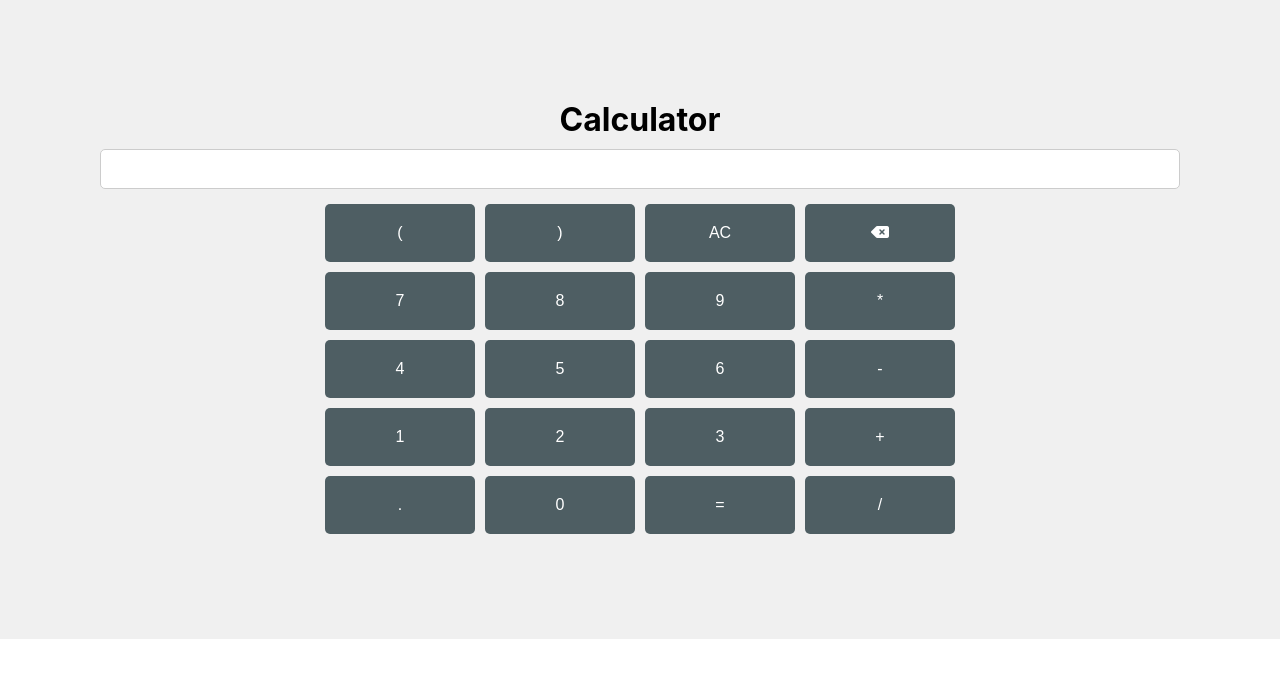
Repository: thesaherriaz/Calculator-React
Page: /
These files come from the project's save history. The page is drawn as it stood at one moment and after the next save; the edit follows.
The browser window is 1280 px wide. The pictures show the whole page.
The project was rebuilt for these pictures with package versions that can differ from the ones it lists, and the page was loaded fresh each time.

Above is the page before, as saved 2025-06-18 15:14:51.

### public/index.html
<!DOCTYPE html>
<html lang="en">
  <head>
    <meta charset="utf-8" />
    <link rel="icon" href="%PUBLIC_URL%/favicon.ico" />
    <meta name="viewport" content="width=device-width, initial-scale=1" />
    <meta name="theme-color" content="#000000" />
    <meta
      name="description"
      content="Web site created using create-react-app"
    />
    <link rel="apple-touch-icon" href="%PUBLIC_URL%/logo192.png" />
    <link rel="stylesheet" href="https://cdnjs.cloudflare.com/ajax/libs/font-awesome/6.0.0/css/all.min.css">
    <!--
      manifest.json provides metadata used when your web app is installed on a
      user's mobile device or desktop. See https://developers.google.com/web/fundamentals/web-app-manifest/
    -->
    <link rel="manifest" href="%PUBLIC_URL%/manifest.json" />
    <!--
      Notice the use of %PUBLIC_URL% in the tags above.
      It will be replaced with the URL of the `public` folder during the build.
      Only files inside the `public` folder can be referenced from the HTML.

      Unlike "/favicon.ico" or "favicon.ico", "%PUBLIC_URL%/favicon.ico" will
      work correctly both with client-side routing and a non-root public URL.
      Learn how to configure a non-root public URL by running `npm run build`.
    -->
    <title>React App</title>
  </head>
  <body>
    <noscript>You need to enable JavaScript to run this app.</noscript>
    <div id="root"></div>
    <!--
      This HTML file is a template.
      If you open it directly in the browser, you will see an empty page.

      You can add webfonts, meta tags, or analytics to this file.
      The build step will place the bundled scripts into the <body> tag.

      To begin the development, run `npm start` or `yarn start`.
      To create a production bundle, use `npm run build` or `yarn build`.
    -->
  </body>
</html>

### src/App.js
import React from 'react'
import Calculator from './compnents/Calculator'

function App() {
  return (
    <Calculator />
  )
}

export default App

### src/compnents/Calculator.jsx
import React from 'react'
import './Calculator.css'
function Calculator() {
  return (
    <>
        <div className="Calculator">
            <h1>Calculator</h1>
            <input className='input-box' type="text" name="input" id="input" />
            <div>
                <button className='btn-cal'>(</button>
                <button className='btn-cal'>)</button>
                <button className='btn-cal'>AC</button>
                <button className='btn-cal'><i class="fa-solid fa-delete-left"></i></button> <br />
                <button className='btn-cal'>7</button>
                <button className='btn-cal'>8</button>
                <button className='btn-cal'>9</button>
                <button className='btn-cal'>*</button> <br />
                <button className='btn-cal'>4</button>
                <button className='btn-cal'>5</button>
                <button className='btn-cal'>6</button>
                <button className='btn-cal'>-</button> <br />
                <button className='btn-cal'>1</button>
                <button className='btn-cal'>2</button>
                <button className='btn-cal'>3</button>
                <button className='btn-cal'>+</button> <br />
                <button className='btn-cal'>.</button>
                <button className='btn-cal'>0</button>
                <button className='btn-cal'>=</button>
                <button className='btn-cal'>/</button>
            </div>
        </div>
    </>
  )
}

export default Calculator

### src/compnents/Calculator.css
*{
    box-sizing: border-box;
    margin: 0;
    padding: 0;

}
.Calculator {
  display: flex;
  flex-direction: column;
  align-items: center;
  justify-content: center;
  /* height: 100vh; */
  background-color: #f0f0f0;
  padding: 100px;
}
.btn-cal{
  background-color: #4e5e63;
  width: 150px;
  color: white;
  border: none;
  padding: 20px;
  font-size: 16px;
  cursor: pointer;
  border-radius: 5px;
  margin: 5px;
  transition: background-color 0.3s ease;
}

.input-box {
  width: 100%;
  padding: 10px;
  font-size: 16px;
  border: 1px solid #ccc;
  border-radius: 5px;
  margin: 10px;
}

Loaded but not shown: src/index.js (common file); src/index.css (common file); src/reportWebVitals.js (common file)

After the next save:
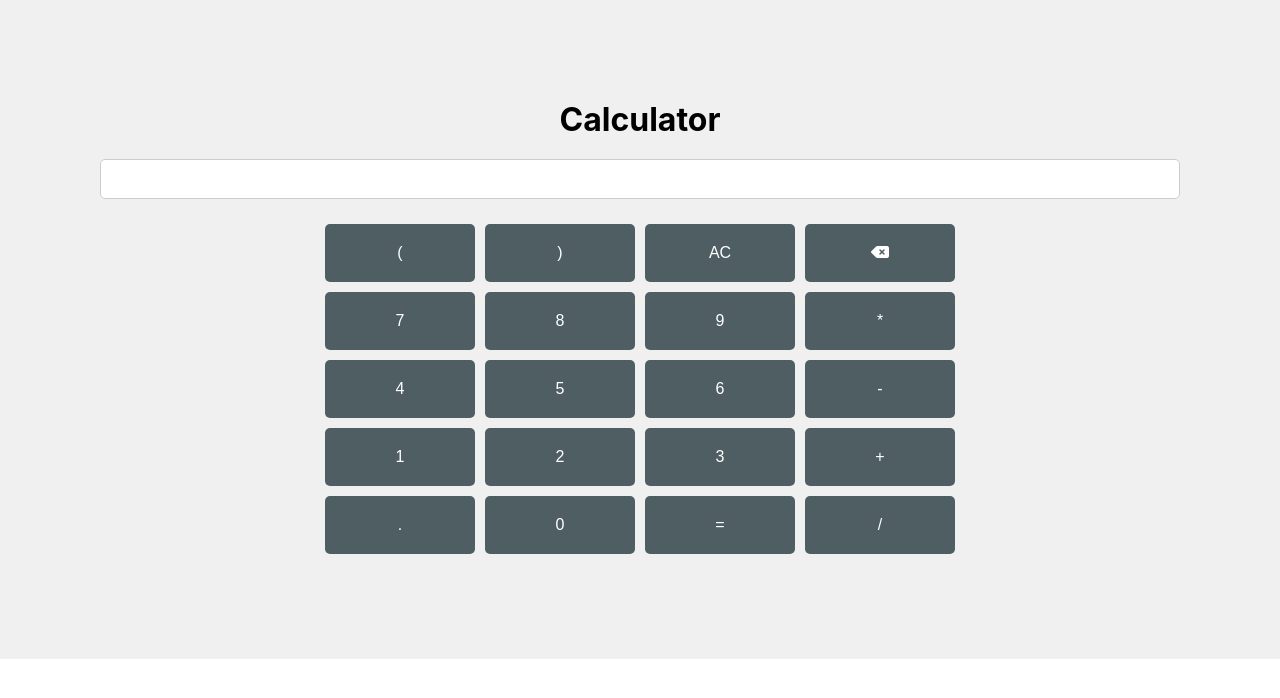
Saved 6 s later.
--- a/src/compnents/Calculator.css
+++ b/src/compnents/Calculator.css
@@ -32,5 +32,5 @@
   font-size: 16px;
   border: 1px solid #ccc;
   border-radius: 5px;
-  margin: 10px;
+  margin: 20px;
 }
